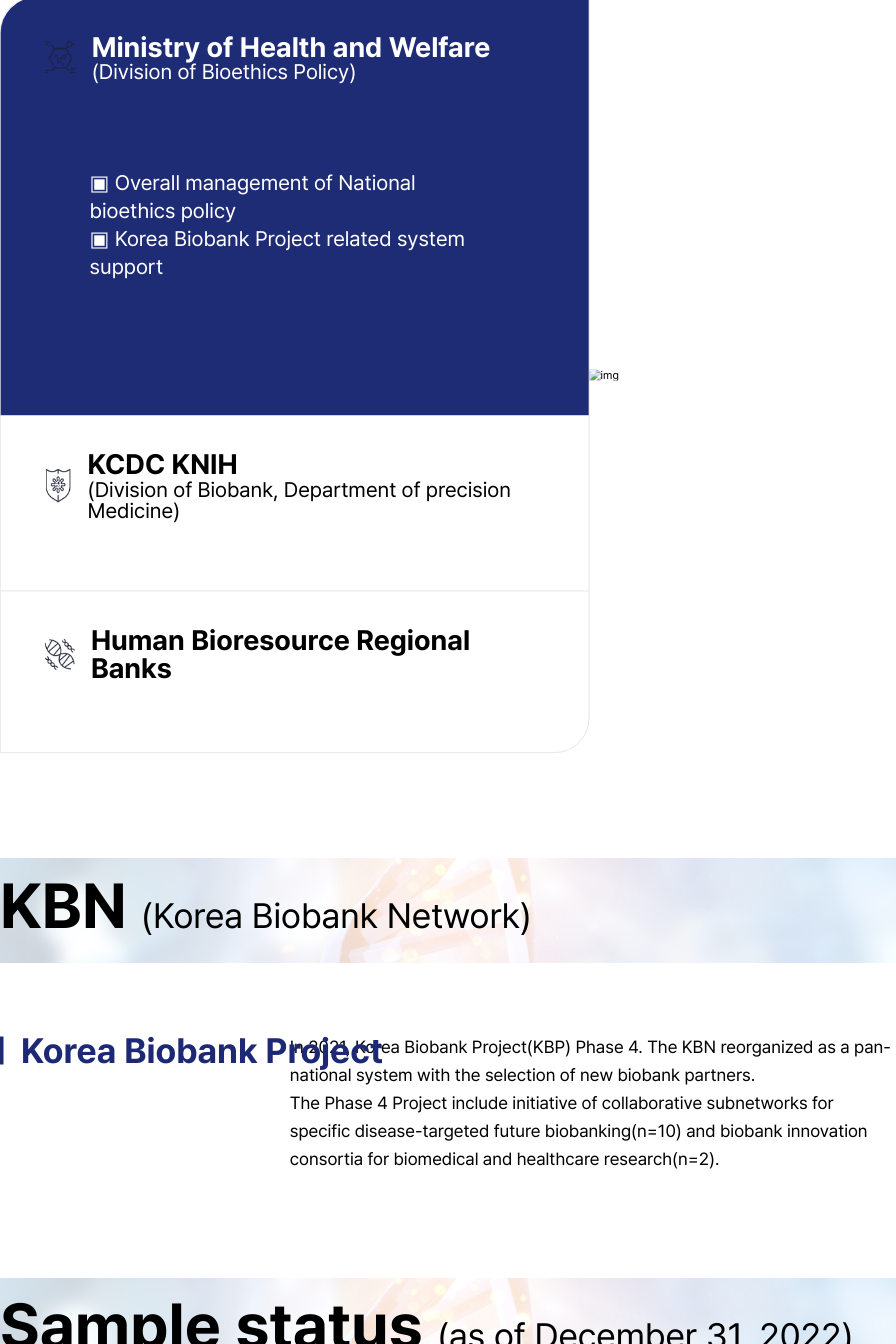
Repository: dlgywls1130/kbn_makedit
Page: index.html
These files come from the project's save history. The page is drawn as it stood at one moment and after the next save; the edit follows.
The browser window is 1280 px wide. The pictures show the part of the page from y = 1984 to 3904 px (the page is 5647 px tall before and 5607 px after), at 70% of full size.
After loading, the first visible `div.accordion-item` was clicked once.
Some web libraries are served in a nearby version.

Above is the page before, as saved 2023-10-15 16:37:45.

After the next save:
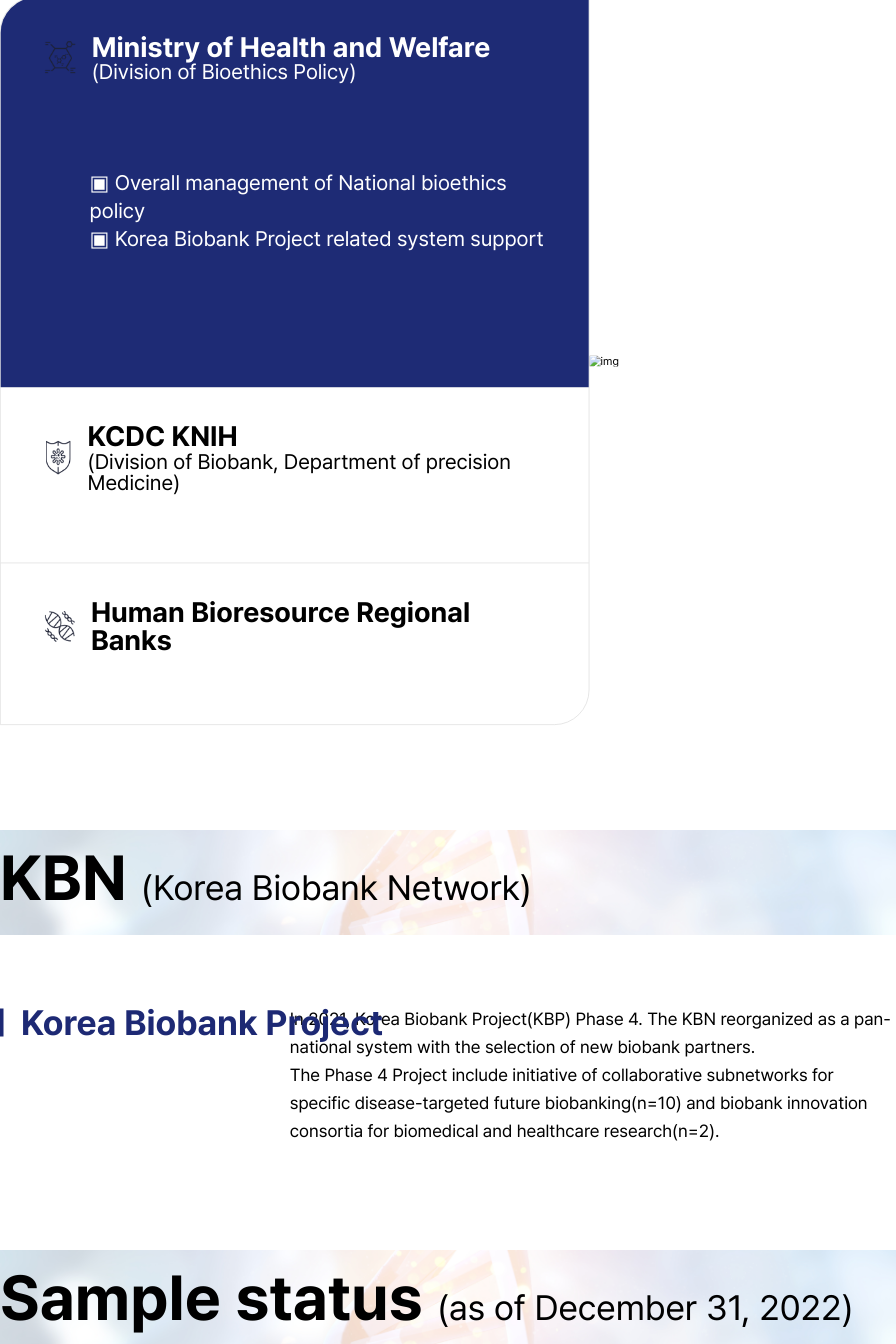
Saved 21 s later.
--- a/css/style.css
+++ b/css/style.css
@@ -379,5 +379,5 @@
 
 .accordion-item.active .paragraph {
     display: block;
-    padding: 74px 64px 142px 67px;
-}
+    padding: 74px 4px 142px 67px;
+}
